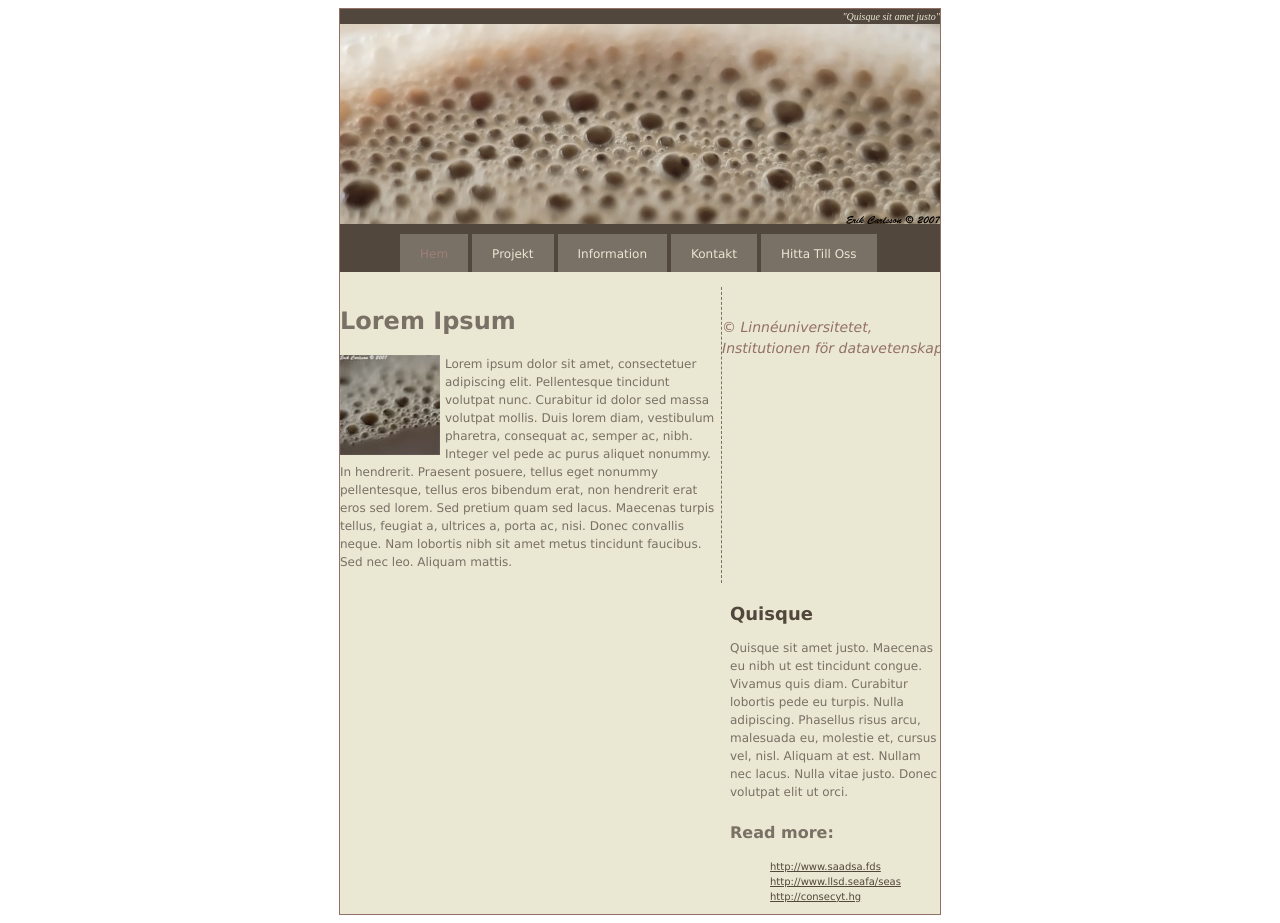
Repository: mh223ja/1ik415-js223mi-Uppgift-3-3
Page: index.html
The author's editor kept a record of every edit. The page is drawn from the files as they stood at one moment, then again after the next edit.
The browser window is 1280 px wide. The pictures show the whole page.

Above is the page before.

### index.html
<!doctype html>
<html lang="sv">

<head>
	<meta charset="utf-8" />
	<title>Lorem Ipsum</title>

	<link rel="stylesheet" href="css/basic.css" />
</head>

<body>

	<div id="container">
		<div id="topbar">
			"Quisque sit amet justo"
		</div>

		<div id="menu">

			<a href="#maincontent">Skip navigation</a>

			<ul>
				<li class="active"><a href="#">hem</a></li>
				<li><a href="#">projekt</a></li>
				<li><a href="#">information</a></li>
				<li><a href="#">kontakt</a></li>
				<li><a href="#">hitta till oss</a></li>
			</ul>
		</div>
		<div id="content">
			<div id="maincontent">
				<h1>Lorem Ipsum</h1>

				<img src="pics/info.jpg" alt="Bubblande kaffe" />
				<p>Lorem ipsum dolor sit amet, consectetuer adipiscing elit. Pellentesque tincidunt volutpat nunc. Curabitur id dolor sed massa volutpat mollis. Duis lorem diam, vestibulum pharetra, consequat ac, semper ac, nibh. Integer vel pede ac purus aliquet nonummy. In hendrerit. Praesent posuere, tellus eget nonummy pellentesque, tellus eros bibendum erat, non hendrerit erat eros sed lorem. Sed pretium quam sed lacus. Maecenas turpis tellus, feugiat a, ultrices a, porta ac, nisi. Donec convallis neque. Nam lobortis nibh sit amet metus tincidunt faucibus. Sed nec leo. Aliquam mattis.</p>
			</div>

			<div id="subcontent">

				<h1>Quisque</h1>
				<p>Quisque sit amet justo. Maecenas eu nibh ut est tincidunt congue. Vivamus quis diam. Curabitur lobortis pede eu turpis. Nulla adipiscing. Phasellus risus arcu, malesuada eu, molestie et, cursus vel, nisl. Aliquam at est. Nullam nec lacus. Nulla vitae justo. Donec volutpat elit ut orci.</p>

				<h2>Read more:</h2>
					<ul>
						<li><a href="#">http://www.saadsa.fds</a></li>
						<li><a href="#">http://www.llsd.seafa/seas</a></li>
						<li><a href="#">http://consecyt.hg</a></li>
					</ul>

			</div>
			<div id="bottomcontent">&copy; Linnéuniversitetet, Institutionen för datavetenskap</div>
		</div>
	</div>
</body>
</html>

### css/basic.css
/* Denna fil får du editera för att lösa uppgiften. Du får INTE ändra i html-filen. */



#container{
	width: 600px;
	margin: auto;
	border: 1px;
	border-style: solid;
	border-color: #937066;

}
#topbar{
	background-color: #51473d;
	text-align: right;
	color: #eae7d2;
	font-size: 10px;
	padding: 2px 0;
	font-style: italic;
	width: 100%;
	height: auto;
	font: Verdana;


}
#menu{
	background-image: url('pics/coffey.jpg');
	background-repeat: no-repeat;
	background-color: #51473d;
	height: 248px;
}
#content{
	background-color: #eae7d2;
	padding-top: 15px;
	font-family: Verdana, Times New Roman;
	font-size: 12px;
	color: #797066;
	line-height: 1.5;
	overflow: auto;
}
#maincontent{
	width: 63%;
	padding-right: 0.5%;
	border-right: dashed 1px;
	float: left;
	background-color: #EAE7D2;
	margin-left: 0;
}

#subcontent{
	width: 35%;
	margin-left: 65%;
           padding-top: 5px;
           margin-right:0;
           float: left;
           background-color: #EAE7D2;
           font-size: 10px;

}
#maincontent img {
	float: left;
	margin-right: 5px;
}
#subcontent ul {
	list-style: none;


}
#subcontent h1 {
	font-size: 18px;
	color: #51473d;
}
#subcontent h2 {
	font-size: 16px;
	margin-top: 20px;
}
#subcontent p {
	font-size: 12px;
}
#subcontent a {
	color: #51473d;
}
#subcontent a:visited{
	color: #51473d;
}
#menu ul {
	display: inline-block;
	margin-top: 210px;
	margin-left: 20px;
}
#menu li {
	display: inline-block;
	background-color: #797066;
	padding: 10px 20px;
}
#menu a {
	color: #eae7d2;
	text-transform:  capitalize;
	text-decoration: none;
	font-size: 12px;
	font-family: Verdana;
	display: none;
}
#menu li:hover{
	background-color: #9c9084;
}
#menu li a {
	display: inline;
}
.active{
	background-color: #eae7d2;!important;

}
.active a{
	color: #9e8076 !important;

}
#bottomcontent{
	font-style : italic;
	width: 100%;
	margin-top: 30px;
	color: #937066;
	font-size: 14px;
	margin-left: 20px;
}

After the next edit:
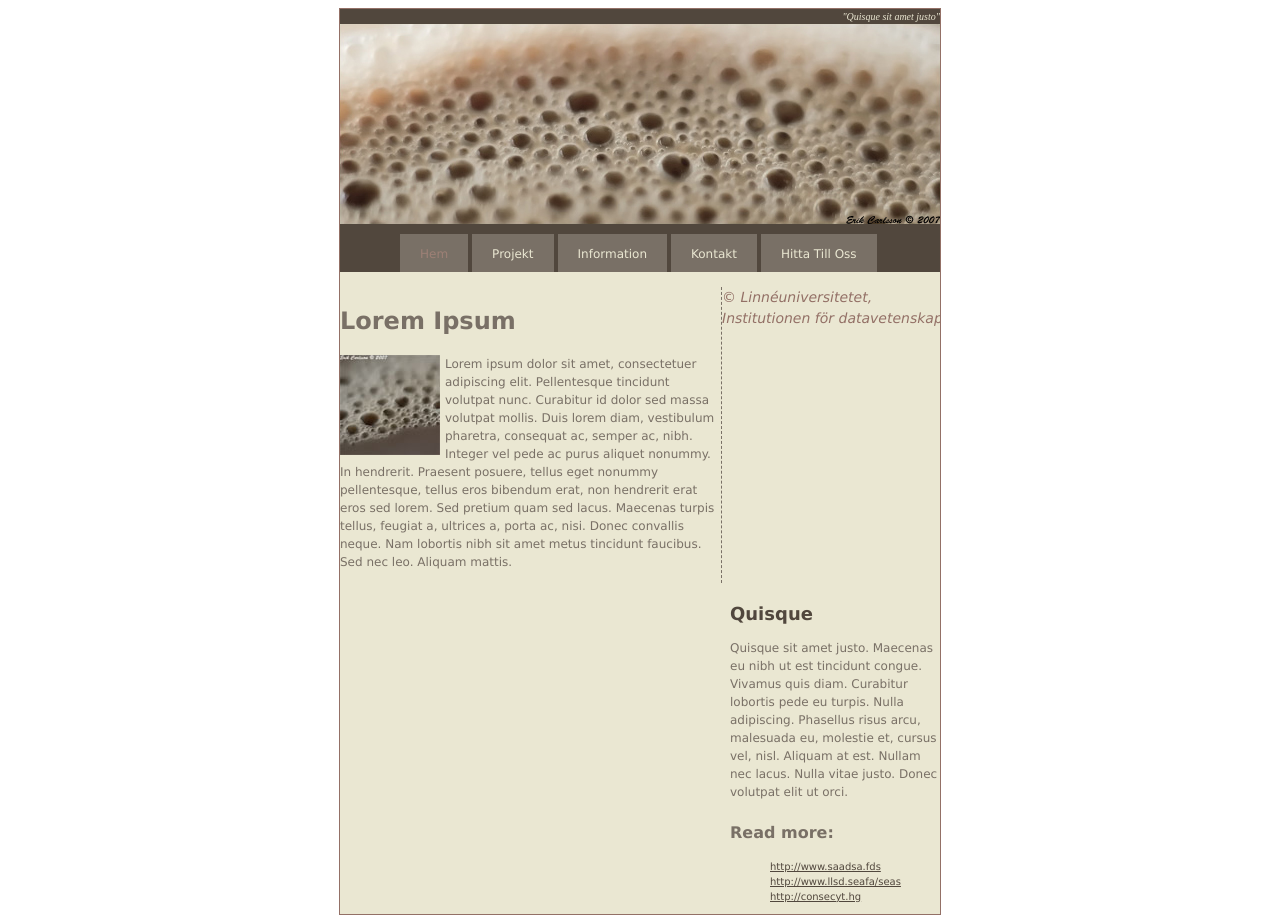
The edit:
--- a/css/basic.css
+++ b/css/basic.css
@@ -117,8 +117,8 @@
 }
 #bottomcontent{
 	font-style : italic;
-	width: 100%;
-	margin-top: 30px;
+	width: 600px;
+	margin-bottom: 10px;
 	color: #937066;
 	font-size: 14px;
 	margin-left: 20px;
